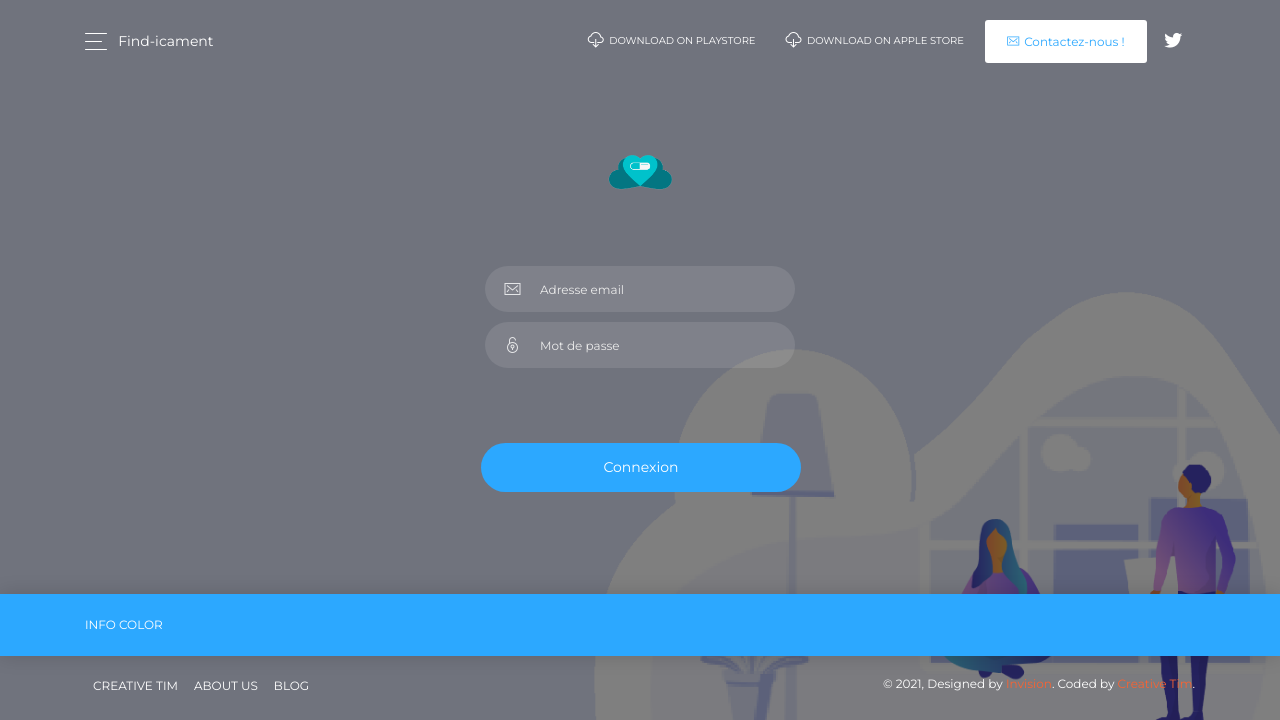
Repository: sdeschaepmeester/samanthawebsite
Page: /login-page
An editor plug-in stored every save of this project. The page is shown before and after the next save, followed by the edit.
The browser window is 1280 px wide. The pictures show the whole page.
The project was rebuilt for these pictures with package versions that can differ from the ones it lists, and the page was loaded fresh each time. Also part of the build but not shown: src/assets/demo/nucleo-icons-page-styles.css, src/components/Navbars/IndexNavbar.js, src/components/Headers/IndexHeader.js, src/components/Footers/DarkFooter.js, src/views/index-sections/Images.js, src/views/index-sections/Introduction.js, src/views/index-sections/BasicElements.js, src/views/index-sections/Navbars.js and 20 more.

Above is the page before, as saved 2021-05-31 21:20:47.

After the next save:
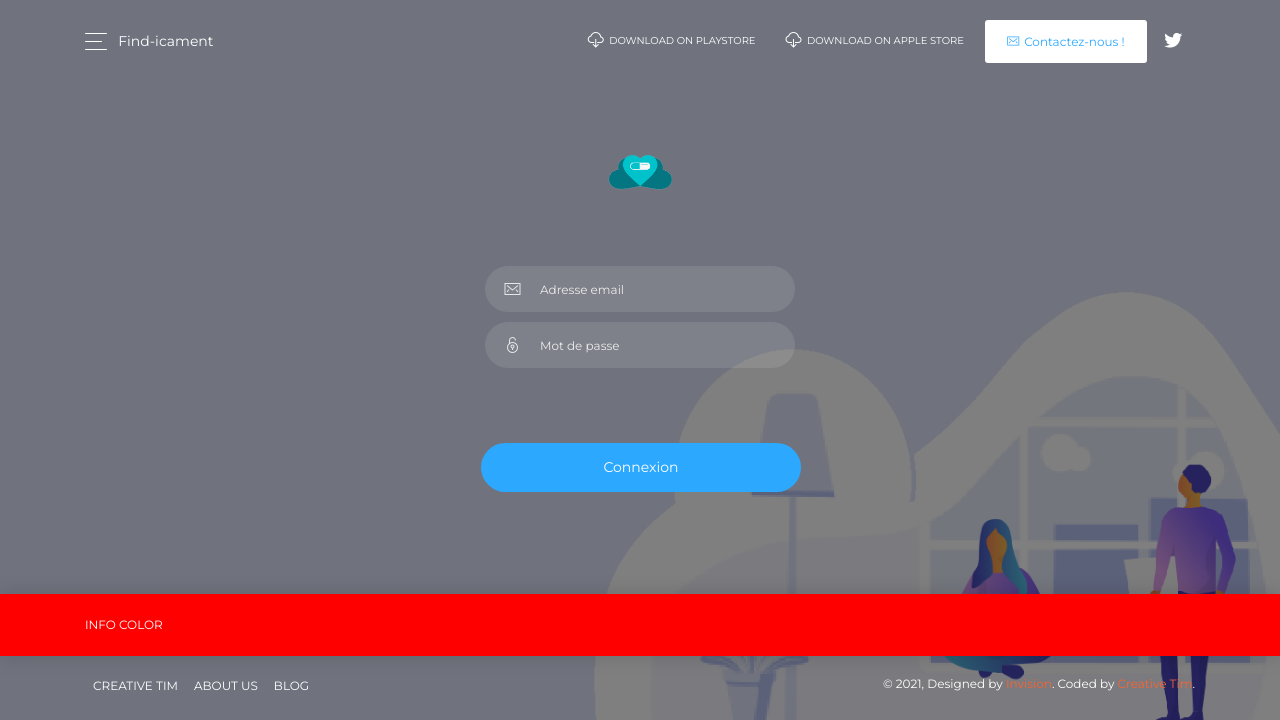
Saved 14 s later.
--- a/src/views/examples/LoginPage.js
+++ b/src/views/examples/LoginPage.js
@@ -127,7 +127,7 @@ function LoginPage() {
             </Col>
           </Container>
         </div>
-            <Navbar className="bg-info" style={{ backgroundColor: "red"}}>
+            <Navbar style={{ backgroundColor: "red"}} >
               <Container>
                 <div className="navbar-translate">
                   <NavbarBrand
